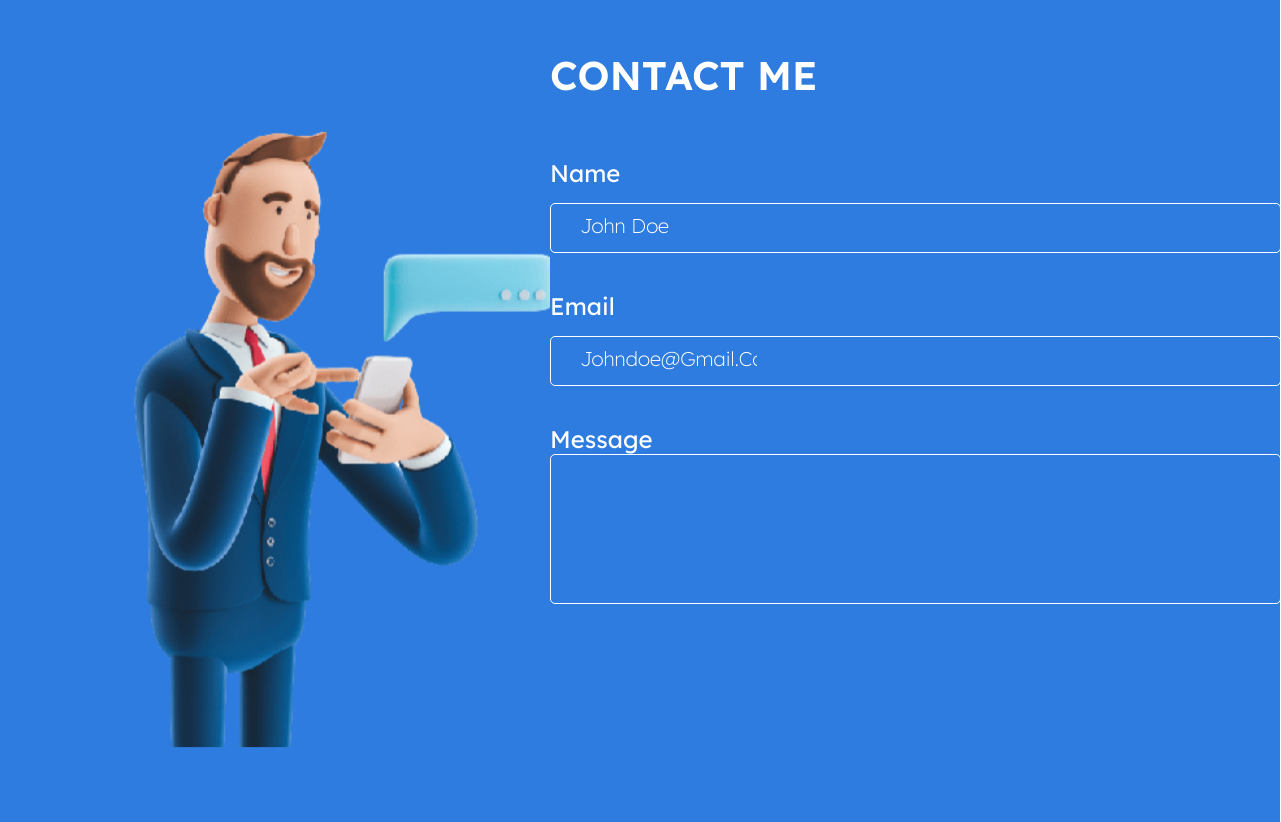
Repository: AytacJafarova/contact-task
Page: index.html
These files come from the project's save history. The page is drawn as it stood at one moment and after the next save; the edit follows.
The browser window is 1280 px wide. The page is 1281 px wide, then 1280 px, so the pictures cover 1281 px, including what lies to the right of the window. The pictures show the whole page.

Above is the page before, as saved 2023-09-05 14:47:26.

### index.html
<!DOCTYPE html>
<html lang="en">

<head>
    <meta charset="UTF-8">
    <meta name="viewport" content="width=device-width, initial-scale=1.0">
    <title>Document</title>
    <link rel="stylesheet" href="./index.css">
</head>

<body>
    <div class="container">
        <div class="img-area">
            <img src="./contactImages/cta-2-1-92c17b59fa88d0f37a14bacdde164b49-removebg-preview 1.svg" alt="">
        </div>
        <div class="contact-area">
            <h1>Contact me</h1>
            <form action="">
                <label for="">
                    Name
                    <input placeholder="John Doe" type="text" required />
                </label>
                <label for="">
                    Email
                    <input placeholder="johndoe@gmail.com" type="email" required />
                </label>
                <label for="">
                    Message
                    <textarea name="" id="" cols="30" rows="10"></textarea>
                </label>
            </form>
        </div>
    </div>
</body>

</html>

### index.css
@import url('https://fonts.googleapis.com/css2?family=Lexend:wght@200;400;600&display=swap');

* {
    padding: 0;
    margin: 0;
    box-sizing: border-box;
}

.container {
    padding: 50px 51px 70px 65px;
    min-height: 100vh;
    background: #2E7CDF;
    display: flex;
    justify-content: space-between;
}

.container .contact-area form {
    display: flex;
    flex-direction: column;
}

.container .contact-area .img-area img {
    width: 538px;
    height: 697.325px;
    flex-shrink: 0;
}

.container .contact-area h1 {
    color: #FFF;
    font-family: Lexend;
    font-size: 40px;
    font-style: normal;
    font-weight: 600;
    line-height: normal;
    text-transform: uppercase;
}

.container .contact-area form {
    margin-top: 20px;
}

.container .contact-area form label {
    color: #FFF;
    font-family: Lexend;
    font-size: 24px;
    font-style: normal;
    font-weight: 400;
    line-height: normal;
    text-transform: capitalize;
    margin-top: 38px;
}

.container .contact-area::placeholder {
    color: #FFF;
    font-family: Lexend;
    font-size: 20px;
    font-style: normal;
    font-weight: 200;
    line-height: normal;
    text-transform: capitalize;
}

.container .contact-area form input {
    height: 50px;
    padding: 13px 523px 12px 29px;
    align-items: center;
    flex-shrink: 0;
    border-radius: 5px;
    border: 1px solid #FFF;
    background: #2E7CDF;
    margin-top: 15px;
}

.container .contact-area form input {
    display: flex;
    flex-direction: column;
}
.container .contact-area form input::placeholder{
    color: #FFF;
font-family: Lexend;
font-size: 20px;
font-style: normal;
font-weight: 200;
line-height: normal;
text-transform: capitalize;
}
.container .contact-area form textarea {
    resize: none;
    display: flex;
    width: 641px;
    height: 150px;
    padding: 19px 529px 106px 29px;
    align-items: center;
    flex-shrink: 0;
    border-radius: 5px;
    border: 1px solid #FFF;
    background: #2E7CDF;
    width: 100%;
}

After the next save:
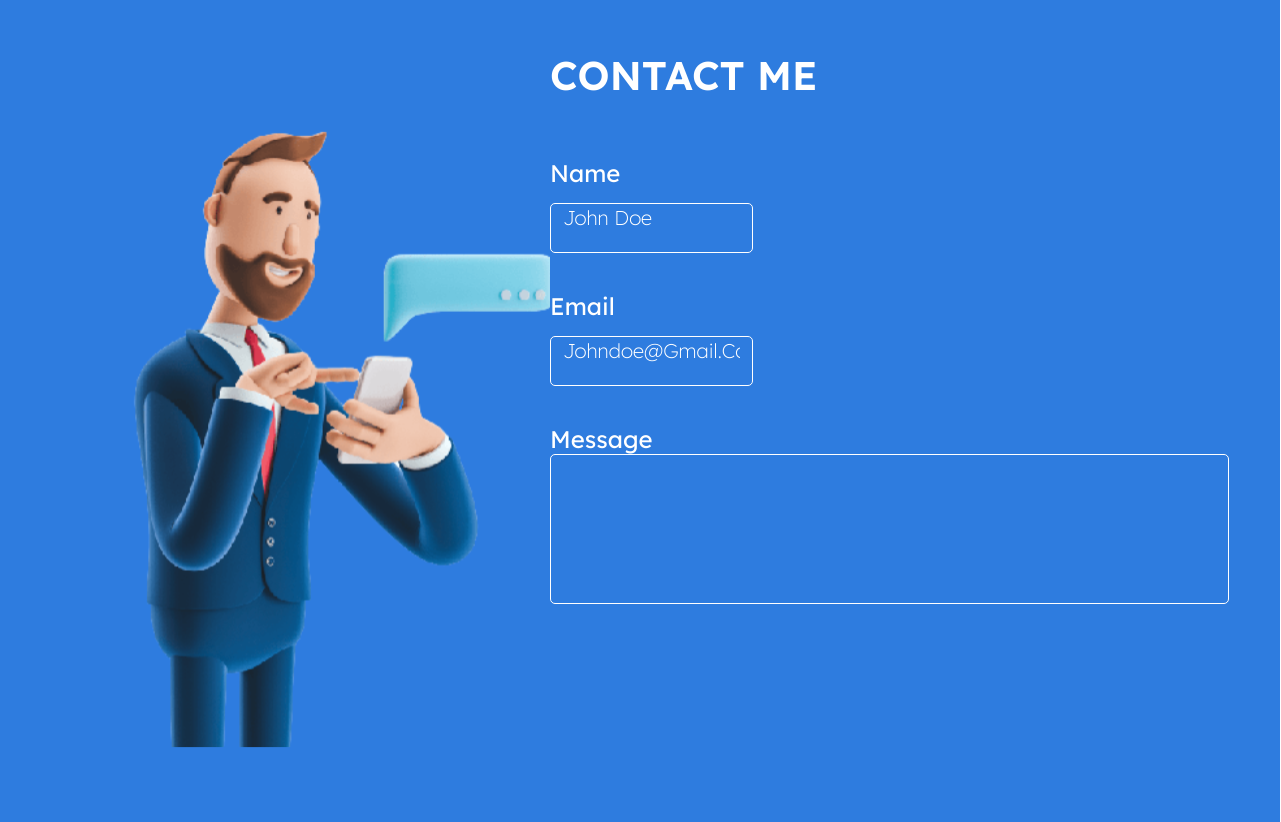
Saved 60 s later.
--- a/index.css
+++ b/index.css
@@ -62,7 +62,7 @@
 
 .container .contact-area form input {
     height: 50px;
-    padding: 13px 523px 12px 29px;
+    padding: 13px  12px 29px;
     align-items: center;
     flex-shrink: 0;
     border-radius: 5px;
